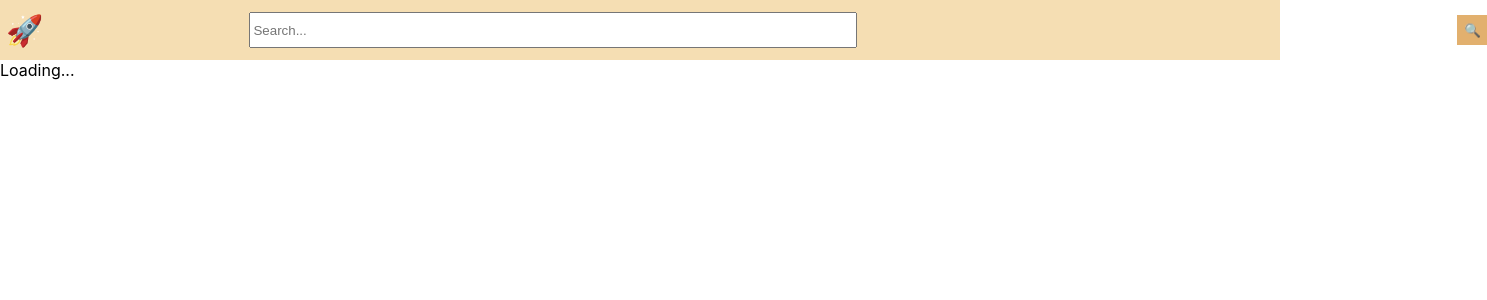
Repository: YEOMJINSEOP/React
Page: / (app in reactube/)
The author's editor kept a copy of each file at every save. The page is drawn from the files as they stood at one save, then again after the next save.
The browser window is 1280 px wide. The page is 1487 px wide, then 1280 px, so the pictures cover 1487 px, including what lies to the right of the window. The pictures show the whole page.
The page's requests for data from a server got no answer. The project was rebuilt for these pictures with package versions that can differ from the ones it lists, and the page was loaded fresh each time. No one was signed in, and anything a server would have sent is missing. Also part of the build but not shown: reactube/src/app.css, reactube/src/components/videoList/VideoList.module.css, reactube/src/components/videoList/VideoList.jsx.

Above is the page before, as saved 2023-01-17 11:35:25.

After the next save:
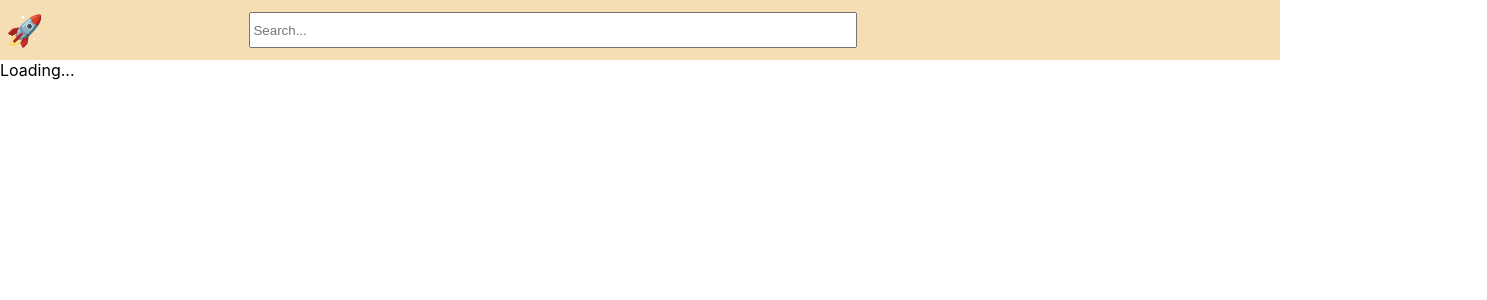
Saved 10 s later.
--- a/reactube/src/components/header/Header.module.css
+++ b/reactube/src/components/header/Header.module.css
@@ -22,8 +22,6 @@ button {
 }
 
 .searchBtn{
-  position: relative;
-  left: 800px;
   width: 30px;
   height: 30px;
   background-color: rgba(211, 133, 31, 0.647);
